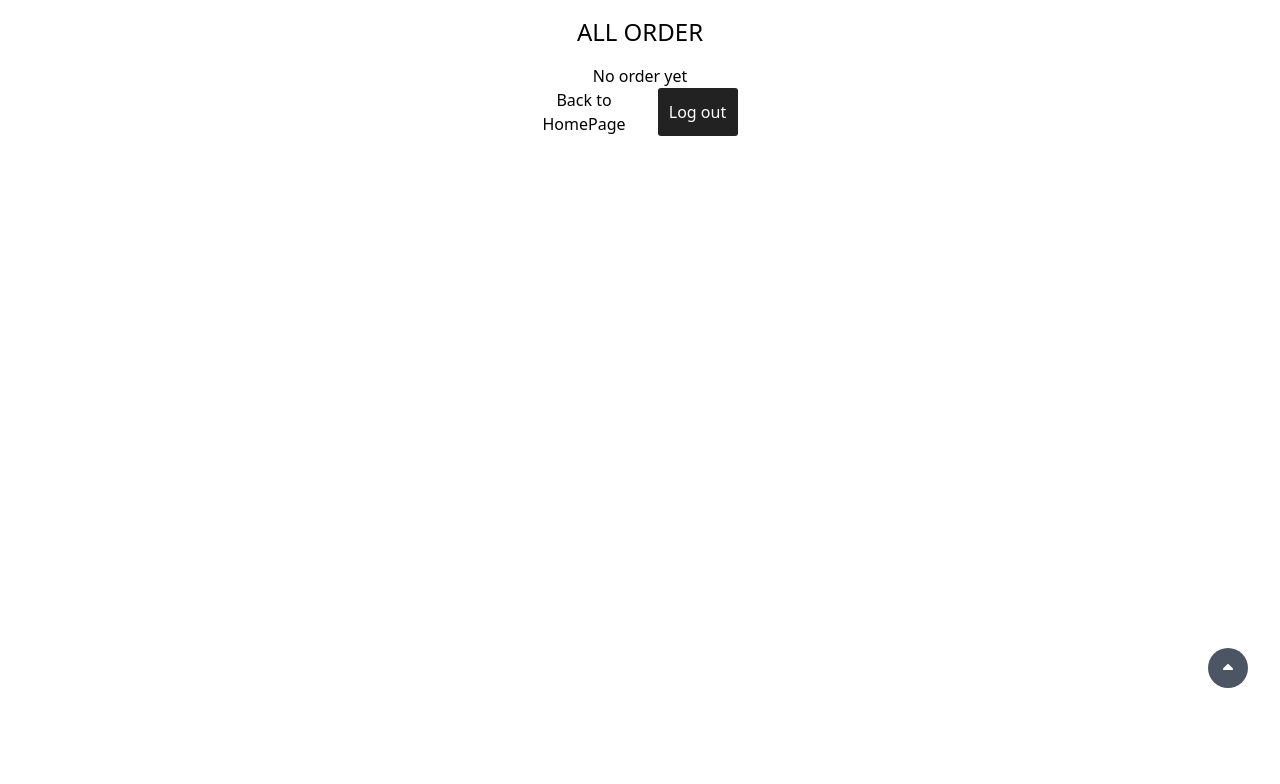
Repository: Kith933UTH/VSHOP
Page: /user
The author's editor kept a copy of each file at every save. The page is drawn from the files as they stood at one save, then again after the next save.
The browser window is 1280 px wide. The pictures show the whole page.
The project was rebuilt for these pictures with package versions that can differ from the ones it lists, and the page was loaded fresh each time. Also part of the build but not shown: src/components/product-item/ProductItem.js, src/components/loader/Loader.js, src/constants/constants.js, src/components/product-filters/Category.js, src/components/product-filters/Price.js, src/components/product-filters/Rating.js, src/components/product-filters/ProductFilters.js, src/components/cart-shopping/CartEmpty.js and 24 more.

Above is the page before, as saved 2023-08-05 23:47:42.

### public/index.html
<!DOCTYPE html>
<html lang="en">
  <head>
    <meta charset="utf-8" />
    <link rel="icon" href="./logo.png" />
    <meta name="viewport" content="width=device-width, initial-scale=1" />
    <meta name="theme-color" content="#000000" />
    <meta
      name="description"
      content="Web site created using create-react-app"
    />
    <link rel="apple-touch-icon" href="%PUBLIC_URL%/logo192.png" />
    <!--
      manifest.json provides metadata used when your web app is installed on a
      user's mobile device or desktop. See https://developers.google.com/web/fundamentals/web-app-manifest/
    -->
    <link rel="manifest" href="%PUBLIC_URL%/manifest.json" />
    <!--
      Notice the use of %PUBLIC_URL% in the tags above.
      It will be replaced with the URL of the `public` folder during the build.
      Only files inside the `public` folder can be referenced from the HTML.

      Unlike "/favicon.ico" or "favicon.ico", "%PUBLIC_URL%/favicon.ico" will
      work correctly both with client-side routing and a non-root public URL.
      Learn how to configure a non-root public URL by running `npm run build`.
    -->
    <title>VShop</title>
  </head>
  <body>
    <noscript>You need to enable JavaScript to run this app.</noscript>
    <div id="root"></div>
  </body>
</html>

### src/index.js
import React from 'react'
import ReactDOM from 'react-dom/client'
import App from './App'
import {Provider} from "react-redux"
import {BrowserRouter} from "react-router-dom"
import {store} from "./redux"
import './index.css'

const root = ReactDOM.createRoot(document.getElementById('root'))
root.render(
    <Provider store={store}>
        <BrowserRouter>
            <App />
        </BrowserRouter>
    </Provider>
)

### src/redux/index.js
import {configureStore} from "@reduxjs/toolkit"
import {productsApi} from "./products/products.api"
import {productReducer} from "./products/products.slice"
import {setupListeners} from "@reduxjs/toolkit/query"

export const store = configureStore({
    reducer: {
        [productsApi.reducerPath]: productsApi.reducer,
        product: productReducer
    },
    middleware: getDefaultMiddleware => getDefaultMiddleware().concat(productsApi.middleware)
})

setupListeners(store.dispatch)

### src/index.css
@tailwind base;
@tailwind components;
@tailwind utilities;

@layer utilities {
    input[type="number"]::-webkit-inner-spin-button,
    input[type="number"]::-webkit-outer-spin-button {
        @apply appearance-none;
    }
}

html, body {
    width: 100%;
    height: 100%;
}

body::-webkit-scrollbar,
.box-item::-webkit-scrollbar,
.search-box::-webkit-scrollbar{
    width: 8px;
}

main {
    display: flex;
    flex-direction: column;
    height: 100%;
}

body::-webkit-scrollbar-thumb,
.box-item::-webkit-scrollbar-thumb,
.search-box::-webkit-scrollbar-thumb{
    background-color: #ccc;
    border-radius: 20px;
}

#root {
    height: 100%;
}

body {
    overflow: hidden;
}

.productItem:hover {
    transition: opacity .3s linear;
    opacity: .5;
}

.box-item {
    height: 320px;
    overflow-y: scroll;
}

/* Loader */
.loader-box {
    width: 100px;
    height: 100px;
    display: flex;
    justify-content: center;
    align-items: center;
    margin: 50px auto 0;
}

.loader{
    position: relative;
    width: 70px;
    height: 70px;
}

.loader span {
    position: absolute;
    top:0;
    left: 0;
    width: 100%;
    height: 100%;
    transform: rotate(calc(18deg * var(--i)));
}

.loader span::before {
    content:'';
    position: absolute;
    top: 0;
    left: 0;
    width: 10px;
    height: 10px;
    background: #000;
    border-radius: 50%;
    transform: scale(0);
    animation: animate 2s linear infinite;
    animation-delay: calc(0.1s * var(--i));
}
@keyframes animate {
    0%{
        transform: scale(0);
    }
    10%{
        transform: scale(1.2);
    }
    80%,100%{
        transform: scale(0);
    }
}

### src/context/context.js
import {createContext} from "react"

export const Context = createContext()

### src/components/footer/Footer.js
import React from "react"
import { Contact } from "../contact/Contact"
import { Policy } from "../policy/Policy"
export function Footer() {
    return (
        <footer id="main-footer" className='bg-black text-white in-h-fit'>
            <Contact />
            <Policy />
            <div className='flex justify-center flex-col items-center my-4'>
                    <p className='text-center'>© Copyright 2023 VShop | All Rights Reserved</p>
                    <a href='#' className='hover:text-gray-300 transition' >
                        Created by VShop
                    </a>
                </div>
        </footer>
    )
}

### src/components/btn-scroll/BtnScroll.js
import React from "react"
import {FontAwesomeIcon} from "@fortawesome/react-fontawesome"
import {faCaretUp} from "@fortawesome/free-solid-svg-icons"

export function BtnScroll() {
    const topClick = () => {
        const body = document.querySelector('body').getBoundingClientRect().top + window.scrollY
        window.scroll({
            top: body,
            behavior: 'smooth'
        })
    }

    return (
        <button
            className='fixed bottom-8 right-4 bg-gray-600 text-white rounded-full w-[30px] h-[30px] md:w-[40px] md:h-[40px] md:right-8 md:bottom-8 z-20 shadow-gray-600'
            onClick={topClick}
        >
            <FontAwesomeIcon icon={faCaretUp}/>
        </button>
    )
}

### src/components/user/User.js
import React, {useEffect} from "react"
import {useDispatch, useSelector} from "react-redux"
import { useNavigate} from "react-router-dom"
import { OrderItem } from "./OrderItem"
import { toggleLogin } from "../../redux/products/products.slice"

export function User() {
    useEffect(() => {
        window.scrollTo(0, 0)
        document.getElementById('main-footer').style.display = 'none'
      }, [])
    const dispatch = useDispatch()
    const navigate = useNavigate()
    const {order} = useSelector(state => state.product)
    const totalPrice = (items) => {
        let price = 0
        items.forEach(item => price += item.price * item.quantity)
        return Math.round(price * 100) / 100
    }
    const handleLogOut = () => {
        dispatch(toggleLogin(false))
        document.getElementById('main-footer').style.display = 'block'
        navigate('/')
    }
    const handleBack = () => {
        document.getElementById('main-footer').style.display = 'block'
        navigate('/')
    }
    console.log(order)

    return (
        <div>
        <div className="text-2xl font-medium text-center py-4">ALL ORDER</div>
        <div className={`min-w-[400px] min-h-screen flex flex-col items-center`}>
            {!(order === [])
            ? 'No order yet'
            : order.map((items, index) =>
            <div key={index} className="border-2 rounded border-black mb-10 w-4/5">
                <div className="text-2xl font-medium pl-2 border-b-2"> Order {index + 1} </div>
                {items.map(item => <OrderItem key={item.id} item={item}/>)}
                <div className='mr-0 sm:mr-4 font-semibold flex justify-end'>
                    <span className='text-base sm:text-xl my-2'>Total:  </span>
                    <span className='text-base sm:text-xl my-2 ml-4'>{totalPrice(items)} $</span>
                </div>
            </div>
            )}
            <div className="flex pb-8">
                <button  className="w-24 mr-8" onClick={handleBack}>Back to HomePage</button>
                <button id="sub_btn" onClick={handleLogOut}>Log out</button>
            </div>
        </div>
        </div>
    )
}

### src/redux/products/products.api.js
import {createApi, fetchBaseQuery} from "@reduxjs/toolkit/query/react"

export const productsApi = createApi({
    reducerPath: 'products/api',
    baseQuery: fetchBaseQuery({
        baseUrl: 'https://fakestoreapi.com'
    }),
    // refetchOnFocus: true,
    endpoints: build => ({
        getProductsAll: build.query({
            query:() => ({
                url: '/products'
            })
        }),
        getProductById: build.query({
            query:(id) => ({
                url: `/products/${id}`
            })
        }),
        getProductByCategory: build.query({
            query:(category) => ({
                url: `/products/category/${category}`
            })
        })
    })
})

export const {
    useGetProductsAllQuery,
    useGetProductByIdQuery,
    useGetProductByCategoryQuery
} = productsApi

### src/redux/products/products.slice.js
import {createSlice} from "@reduxjs/toolkit"

const productsSlice = createSlice({
    name: 'products',
    initialState: {
        cart: [],
        btnCart: null,
        filters: {},
        search: false,
        searchFilterProducts: null,
        logged: false,
        user: {username: 'username', password: 'password'},
        order: JSON.parse(localStorage.getItem("ORDER")) || []
    },
    reducers: {
        clearCart(state, action) {
            state.cart = state.cart.slice(0, action.payload)
        },
        addProductToCart(state, action) {
            state.cart.push({...action.payload, quantity: 1})
        },
        incrementProductInCart(state, action) {
            const item = state.cart.find(item => item.id === action.payload)
            item.quantity++
        },
        decrementProductInCart(state, action) {
            const item = state.cart.find(item => item.id === action.payload)
            if (item.quantity === 1) {
                item.quantity = 1
            } else {
                item.quantity--
            }
        },
        toggleBtnCart(state, action) {
            state.btnCart = action.payload
        },
        removeItemFromCart(state, action) {
            state.cart = state.cart.filter(el => el.id !== action.payload)
        },
        filtersProductsByCategory(state, action) {
            state.filters = action.payload
        },
        toggleSearchForm(state, action) {
            state.search = action.payload
        },
        toggleLogin(state, action) {
            state.logged = action.payload
        },
        setSearchFilterProducts(state, action) {
            state.searchFilterProducts = action.payload
        },
        setLocalStorage(state, action) {
            state.order.push(action.payload)
            localStorage.setItem('ORDER', JSON.stringify(state.order))
        }
    },
})

export const productReducer = productsSlice.reducer
export const {
    clearCart,
    addProductToCart,
    incrementProductInCart,
    decrementProductInCart,
    toggleBtnCart,
    removeItemFromCart,
    filtersProductsByCategory,
    toggleSearchForm,
    toggleLogin,
    setSearchFilterProducts,
    setLocalStorage
} = productsSlice.actions

### src/components/policy/Policy.js
import React from "react"
import { Link } from "react-router-dom"
export function Policy() {
    return (
        <div className='text-white in-h-fit max-w-[1240px] mx-auto py-2 text-sm sm:text-base flex justify-around items-cente'>
            <Link className='text-lg font-medium text-center' to='/return-policy'>
                RETURN POLICIES
            </Link>
            <Link className='text-lg font-medium text-center' to='/warranty-policy'>
                WARRANTY POLICIES
            </Link>
            <Link className='text-lg font-medium text-center' to='/shipping-policy'>
                SHIPPING POLICIES
            </Link>
        </div>
    )
}

### src/components/login/index.css
/* .m-5-auto {
    margin: 5rem auto
} */

.primary-button {
    margin-top: 5rem;
    margin-right: 1rem;
    padding: .6rem;
    width: 10rem;
    background: #222;
    border: none;
    color: #fff;
    font-size: 1.2rem;
    transition: all .5s;
    cursor: pointer;
    text-transform: capitalize
}

/***    Landing Page     ***/
.main-title,
.main-para {
    color: #f1f1f1
}

.main-title {
    padding-top: 10rem;
    font-size: 5rem;
    font-family: 'Fascinate', cursive;
    text-transform: uppercase
}

.main-para {
    font-size: 2.5rem;
    text-Transform: capitalize
}

#reg_btn span {
    display: inline-block;
    position: relative;
    transition: 0.5s;
}

#reg_btn span:after {
    content: '\00bb';
    position: absolute;
    opacity: 0;
    top: 0;
    right: -20px;
    transition: 0.5s;
}

#reg_btn:hover span {
  padding-right: 25px;
}

#reg_btn:hover span:after {
  opacity: 1;
  right: 0;
}

/***    Login Page     ***/
.login-page h2 {
    font-weight: 700;
    font-size: 1.9rem;
}
.login-page {
    position: fixed;
    top: 0;
    left: 0;
    right: 0;
    bottom: 0;
    z-index: 10;
    background-color: white;
    padding-top: 100px;
}

.login-page form {
    display: inline-block;
    background: #f3f3f3;
    border: 1px solid #ddd;
    border-radius: 2px;
    padding: 2rem;
    margin: 2rem 0 1rem 0
}

.login-page form label {
    float: left;
    font-size: .9rem;
    margin: 0;
    padding: 0
}

.right-label {
    float: right;
    cursor: pointer
}

.login-page input {
    width: 15rem;
    padding: .3rem;
    border-radius: 5px;
    outline: none;
    border: none
}

#sub_btn {
    display: block;
    width: 100%;
    padding: .3rem;
    border: none;
    background: #222;
    color: #fff;
    border-radius: 3px;
}

#sub_btn:hover {
    background: #333;
    transition: all .5s
}

/* footer p {
    margin: 0;
    font-size: .9rem
} */

/***    Register Page     ***/
#checkbox {
    width: 1rem
}

form span {
    font-size: .8rem
}

#reset_pass_lbl {
    float: left
}

/***    Home Page     ***/
.home-page-title {
    color: #222
}


.register-page input {
    width: 15rem;
    padding: .3rem;
    border-radius: 5px;
    outline: none;
    border: none
}

.register-page h2 {
    font-weight: 700;
    font-size: 1.9rem;
}
.register-page {
    position: fixed;
    top: 0;
    left: 0;
    right: 0;
    bottom: 0;
    z-index: 10;
    background-color: white;
    padding-top: 100px;
}

.register-page form {
    display: inline-block;
    background: #f3f3f3;
    border: 1px solid #ddd;
    border-radius: 2px;
    padding: 2rem;
    margin: 2rem 0 1rem 0
}

.register-page form label {
    float: left;
    font-size: .9rem;
    margin: 0;
    padding: 0
}

### src/components/contact/index.css
.contact-section {
    /* height: 96vh; */
    width: 100%;
    border-bottom: 1px solid #999;
}

.form-area {
    position: relative;
    /* height:84vh; */
    width: 100%;
    background: black;
    -webkit-box-sizing: border-box;
    box-sizing: border-box;
}

.form-area .form-wrap {
    /* position: absolute; */
    /* left: 50%;
    -webkit-transform: translateX(-50%);
    -ms-transform: translateX(-50%);
    transform: translateX(-50%); */
    width: 1120px;
    background-color: white;
    background-size: cover;
    background-position: center;
    border-radius: 0.2rem;
    -webkit-box-sizing: border-box;
    box-sizing: border-box;
    -webkit-box-shadow: 0 0 0.4rem 0 #999;
    box-shadow: 0 0 0.4rem 0 #999;
}

.form-wrap .title {
    padding-top: 2.4rem;
    width: 100%;
    -webkit-box-sizing: border-box;
    box-sizing: border-box;
}

.form-wrap .title h1 {
    color: black;
    font-size: 2.6rem;
    text-align: center;
}

.form-wrap .contact-area {
    padding-top: 3rem;
    display: -webkit-box;
    display: -ms-flexbox;
    display: flex;
    width: 100%;
    height: auto;
    -webkit-box-sizing: border-box;
    box-sizing: border-box;
}

.contact-area .contact-info {
    display: flex;
    flex-direction: column;
    justify-content: center;
    align-items: center;
    width: 35%;
    height: 100%;
    margin-left: 6rem;
}

.contact-info>div {
    margin-bottom: 1rem;
    display: -webkit-box;
    display: -ms-flexbox;
    display: flex;
    -webkit-box-align: center;
    -ms-flex-align: center;
    align-items: center;
}

.contact-info>div>p {
    color: #333;
    font-size: 1.4rem;
    font-weight: 500;
    text-align: center;
}

.contact-info>div>span {
    color: #61790a;
    font-size: 2rem;
    margin-right: 0.8rem;
}

.contact-area .contact-form {
    display: -webkit-box;
    display: -ms-flexbox;
    display: flex;
    -webkit-box-orient: vertical;
    -webkit-box-direction: normal;
    -ms-flex-direction: column;
    flex-direction: column;
    width: 60%;
    height: auto;
    padding: 0 3rem;
    -webkit-box-sizing: border-box;
    box-sizing: border-box;
}

.contact-form .name-field {
    display: -webkit-box;
    display: -ms-flexbox;
    display: flex;
    -webkit-box-pack: justify;
    -ms-flex-pack: justify;
    justify-content: space-between;
}

.name-field .input-area {
    width: 48%;
}

.contact-form .input-area {
    position: relative;
    margin-bottom: 2rem;
}

.input-area input {
    height: 3rem;
    width: 100%;
    color: #333;
    font-size: 1.2rem;
    border: 2px solid #fff;
    border-radius: 0.2rem;
    /* background: #eff; */
    -webkit-box-shadow: 0 0 0.1rem #666;
    box-shadow: 0 0 0.1rem #666;
    outline: none;
    padding: 0 1rem;
    -webkit-box-sizing: border-box;
    box-sizing: border-box;
    -webkit-transition: all 0.3s ease;
    -o-transition: all 0.3s ease;
    transition: all 0.3s ease;
}

.input-area label {
    position: absolute;
    top: 50%;
    left: 1rem;
    -webkit-transform: translateY(-50%);
    -ms-transform: translateY(-50%);
    transform: translateY(-50%);
    color: #333;
    font-size: 1.2rem;
    font-weight: 500;
    -webkit-transition: all 0.3s ease;
    -o-transition: all 0.3s ease;
    transition: all 0.3s ease;
}

.input-area input:focus~label,
.input-area input:valid~label {
    top: -0.8rem;
    left: 0;
    color: #fff;
    background: #111;
    border-radius: 5px;
    padding: 0.2rem;
    font-size: 1rem;
}

.contact-form .message-area {
    position: relative;
    -webkit-box-flex: 1;
    -ms-flex: 1 1 auto;
    flex: 1 1 auto;
    height: 200px;
    width: 100%;
}

.message-area textarea {
    height: 100%;
    width: 100%;
    border: 2px solid #fff;
    outline: none;
    font-size: 1.2rem;
    padding: 1rem;
    color: #333;
    -webkit-box-sizing: border-box;
    box-sizing: border-box;
    -webkit-box-shadow: 0 0 0.1rem #666;
    box-shadow: 0 0 0.1rem #666;
    border-radius: 0.2rem;
    resize: vertical;
    -webkit-transition: all 0.3s ease;
    -o-transition: all 0.3s ease;
    transition: all 0.3s ease;
}

.message-area label {
    position: absolute;
    color: #333;
    font-weight: 500;
    font-size: 1.2rem;
    top: 1rem;
    left: 1rem;
    -webkit-transition: all 0.3s ease;
    -o-transition: all 0.3s ease;
    transition: all 0.3s ease;
}

.message-area textarea:focus~label,
.message-area textarea:valid~label {
    top: -1.6rem;
    left: 0;
    color: #fff;
    padding: 0.2rem;
    background: #111;
    font-size: 1rem;
}

.contact-form .btn {
    margin-top: 1.8rem;
}

.contact-form .btn button {
    height: 3.2rem;
    width: 8rem;
    border: none;
    outline: none;
    color: #fff;
    font-size: 1.2rem;
    background: black;
    border-radius: 0.1rem;
    cursor: pointer;
}

#contact.menu-active {
    padding-top: 2rem;
}

### src/components/contact/reponsive.css
@media screen and (min-width: 940px) and (max-width: 1360px) {
    /* .contact-section {
        height: 107vh;
    } */
    .form-area .form-wrap {
        width: 90%;
        height: 620px;
    }
}

@media screen and (max-width: 1040px) {
    .contact-area .contact-info {
        margin-left: 0;
        display: flex;
        flex-direction: column;
        justify-content: center;
        align-items: center;
    }

    .contact-area .contact-form {
        padding: 0 1.8rem;
    }

}



@media screen and (max-width: 940px) {
    /* .contact-section {
        height: 148vh;
    } */

    .form-area .form-wrap {
        padding-bottom: 3.6rem;
        width: 80%;
        height: auto;
    }

    .form-wrap .contact-area {
        -webkit-box-orient: vertical;
        -webkit-box-direction: normal;
        -ms-flex-direction: column;
        flex-direction: column;
        -webkit-box-pack: center;
        -ms-flex-pack: center;
        justify-content: center;
    }

    .contact-area .contact-info {
        width: 100%;
    }

    .contact-area .contact-form {
        width: 100%;
        padding: 1rem 4rem 0 4rem;
    }
}

/*
@media screen and (max-width: 836px) {
    .contact-section {
        min-height: 96vh;
    }
} */

@media screen and (max-width: 770px) {
    .contact-section {
        height: 1100px;
    }

    .form-area .form-wrap {
        width: 88%;
        height: auto;
    }
}

@media screen and (max-width: 680px) {
    .contact-section {
        height: 1100px;
    }


    .form-area .form-wrap {
        /* top: -82%; */
        width: 88%;
        height: auto;
    }

}


@media screen and (max-width: 490px) {
    .contact-section {
        height: 1100px;
    }

    .contact-area .contact-info {
        width: 88%;
        margin-left: 1.2rem;
    }

    .form-area .form-wrap {
        /* top: -82%; */
        width: 88%;
        height: auto;
    }

    .contact-info>div>p {
        font-size: 1.2rem;
    }

    .contact-area .contact-form {
        margin-top: 1.4rem;
        padding: 0 1.2rem;
    }

}

@media screen and (max-width: 390px) {
    .contact-section {
        height: 1130px;
    }

    .contact-area .contact-info {
        width: 80%;
        /* margin-left: 1.2rem; */
    }

    .form-area .form-wrap {
        width: 90%;
        height: auto;
    }

    .contact-info>div>p {
        font-size: 1.2rem;
    }

    .contact-area .contact-form {
        width: 100%;
        padding: 1rem 1rem 0 1rem;
    }
}


@media screen and (max-width: 340px) {
    .contact-section {
        height: 980px;
    }

    .form-area .form-wrap {
        top: -86%;
        width: 96%;
    }

    .contact-area  {
        width: 100%;
    }

    .contact-area .contact-info {
        width: 100%;
        margin-left: 1rem;
    }

    .form-wrap .title h1 {
        font-size: 2rem;
    }

    .contact-info>h2 {
        font-size: 1.6rem;
    }

    .contact-info>div>p {
        font-size: 1rem;
    }

    .contact-info>div>span {
        font-size: 1.2rem;
    }

    .input-area label {
        font-size: 1rem;
    }

    .message-area label {
        font-size: 1rem;
    }

}

Loaded but not shown: tailwind.config.js (common file); src/components/contact/Contact.js (66 lines, source omitted); src/App.js (50 lines, source omitted)

After the next save:
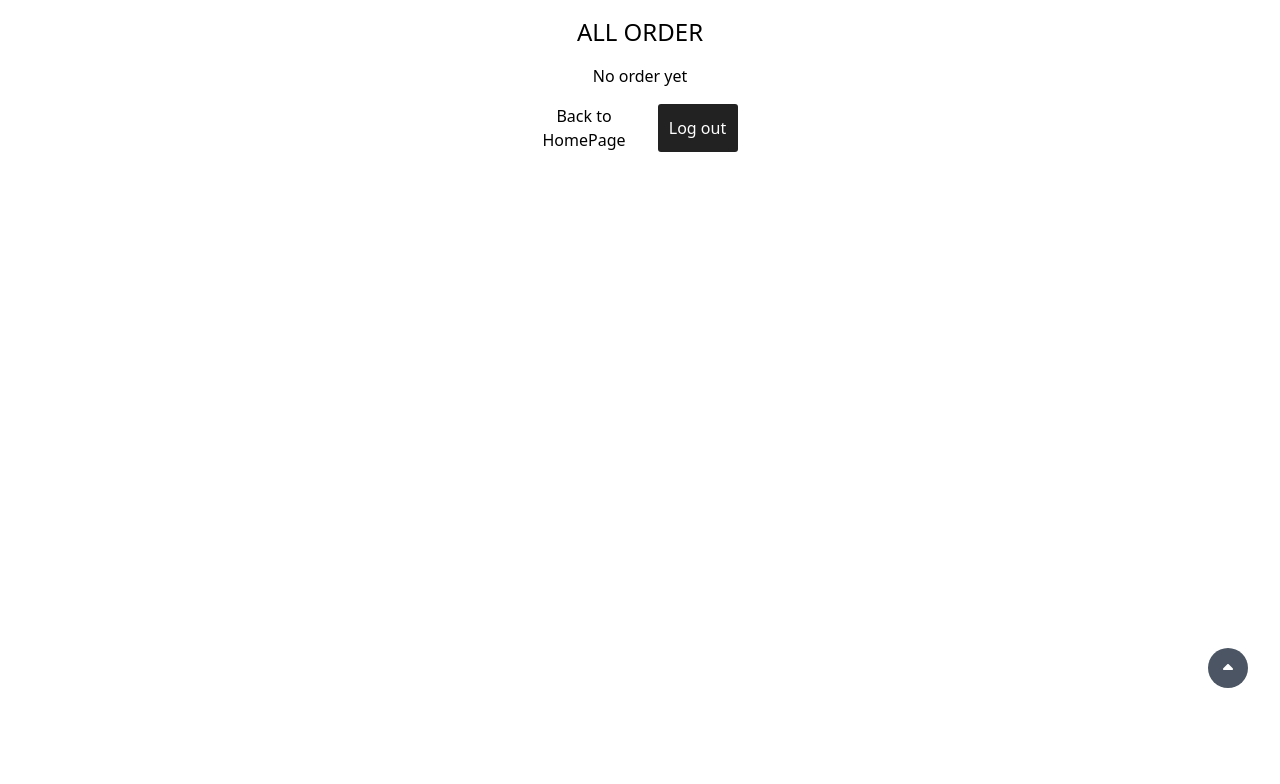
Saved 64 s later.
--- a/src/components/user/User.js
+++ b/src/components/user/User.js
@@ -33,7 +33,7 @@ export function User() {
         <div className="text-2xl font-medium text-center py-4">ALL ORDER</div>
         <div className={`min-w-[400px] min-h-screen flex flex-col items-center`}>
             {!(order === [])
-            ? 'No order yet'
+            ? <div className="pb-4">No order yet</div>
             : order.map((items, index) =>
             <div key={index} className="border-2 rounded border-black mb-10 w-4/5">
                 <div className="text-2xl font-medium pl-2 border-b-2"> Order {index + 1} </div>
